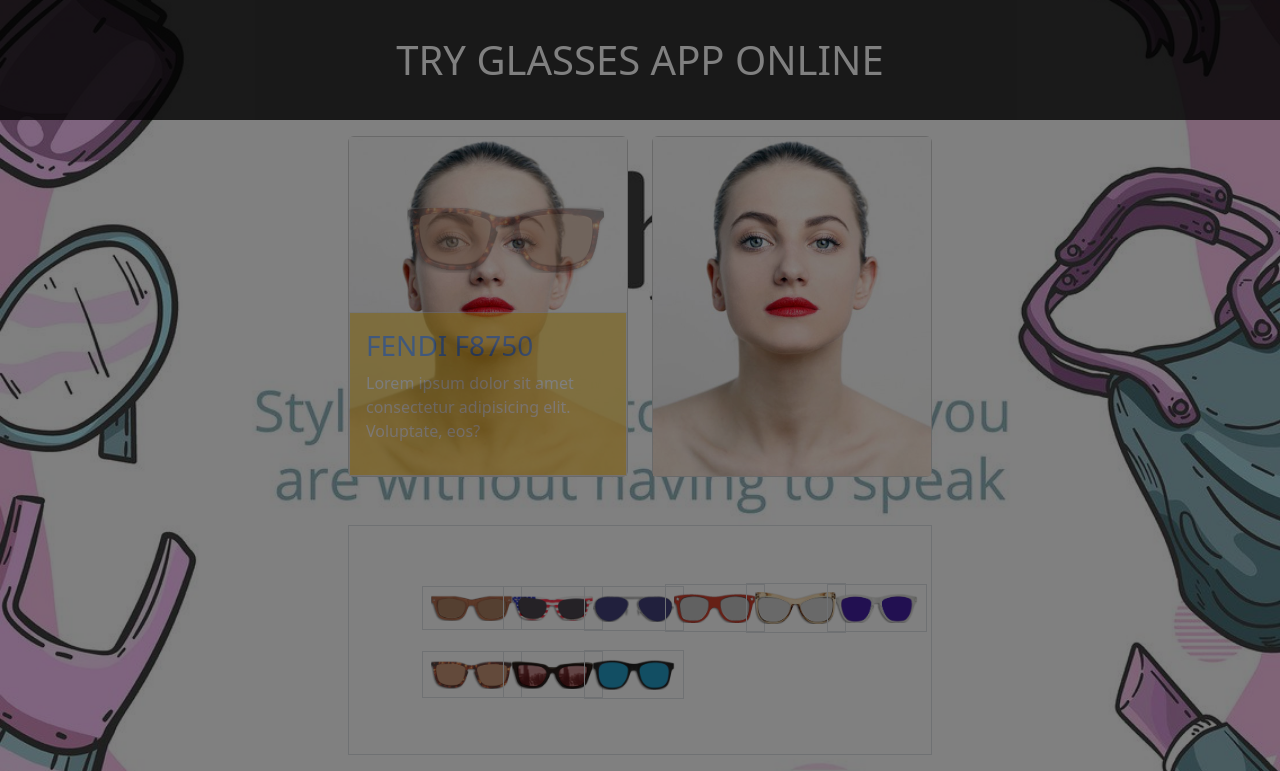
Repository: akira17518/React_JS_Glasses
Page: /
An editor plug-in stored every save of this project. The page is shown before and after the next save, followed by the edit.
The browser window is 1280 px wide. The pictures show the whole page.
The project was rebuilt for these pictures with package versions that can differ from the ones it lists, and the page was loaded fresh each time.

Above is the page before, as saved 2023-05-10 11:03:20.

After the next save:
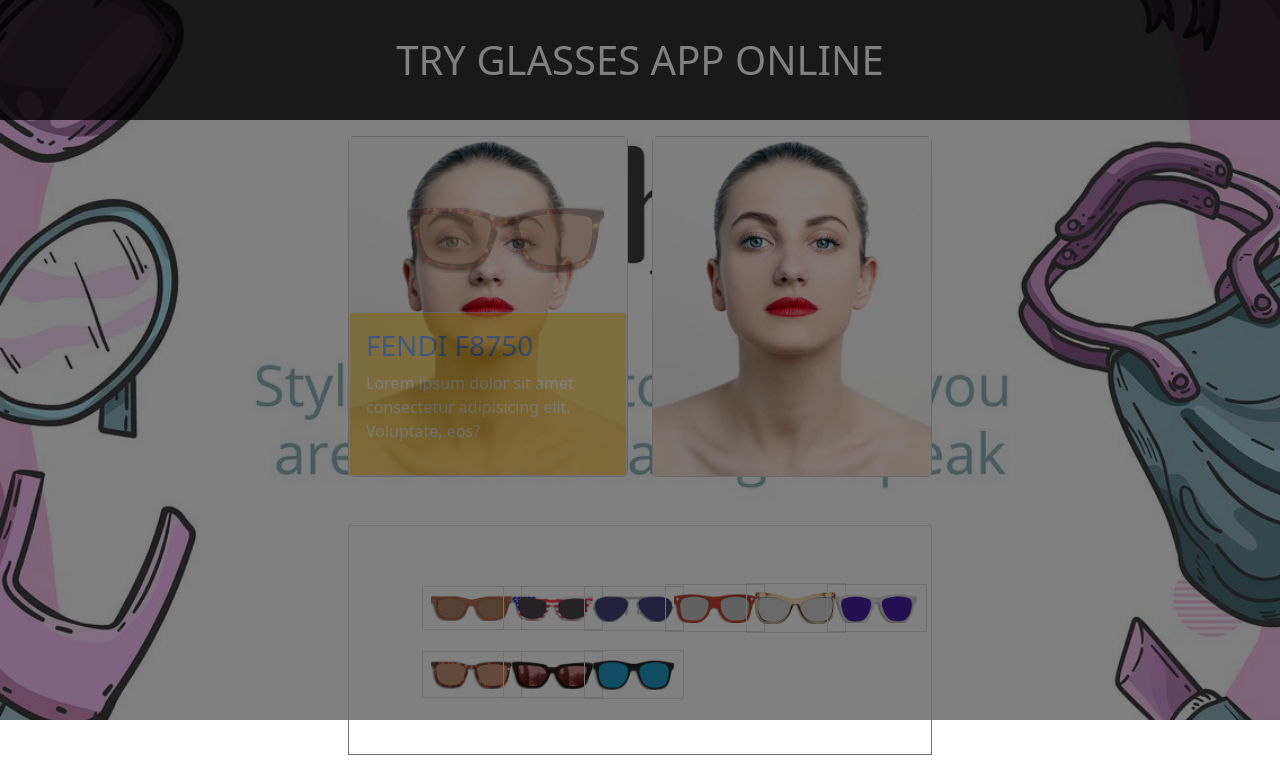
Saved 12 s later.
--- a/src/App.js
+++ b/src/App.js
@@ -4,7 +4,7 @@
 export default class App extends Component {
     render() {
         return (
-            <div className={`${appCSS.app}`}>
+            <div className={`${appCSS.app} vh-100`}>
                 <BaiTapSetState></BaiTapSetState>
             </div>
         )

After the save that followed:
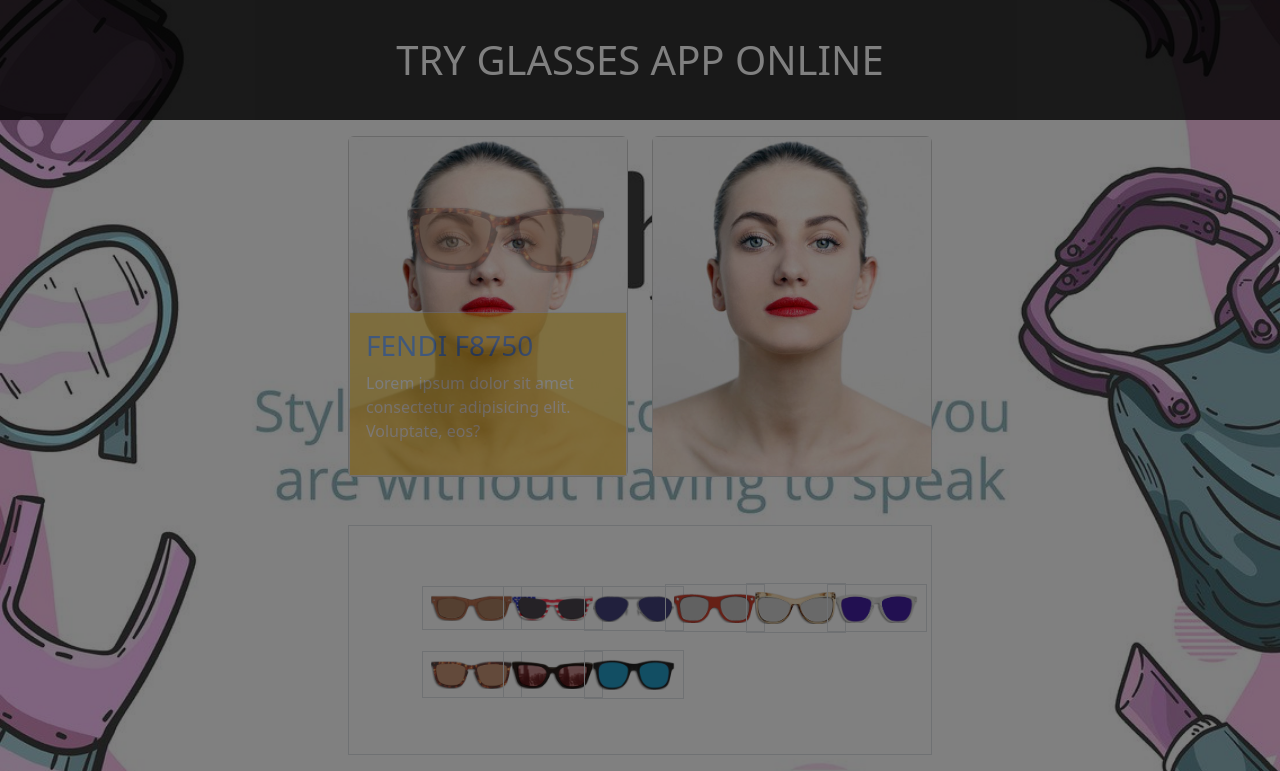
Saved 4 s later.
--- a/src/App.js
+++ b/src/App.js
@@ -4,7 +4,7 @@
 export default class App extends Component {
     render() {
         return (
-            <div className={`${appCSS.app} vh-100`}>
+            <div className={`${appCSS.app}`}>
                 <BaiTapSetState></BaiTapSetState>
             </div>
         )
